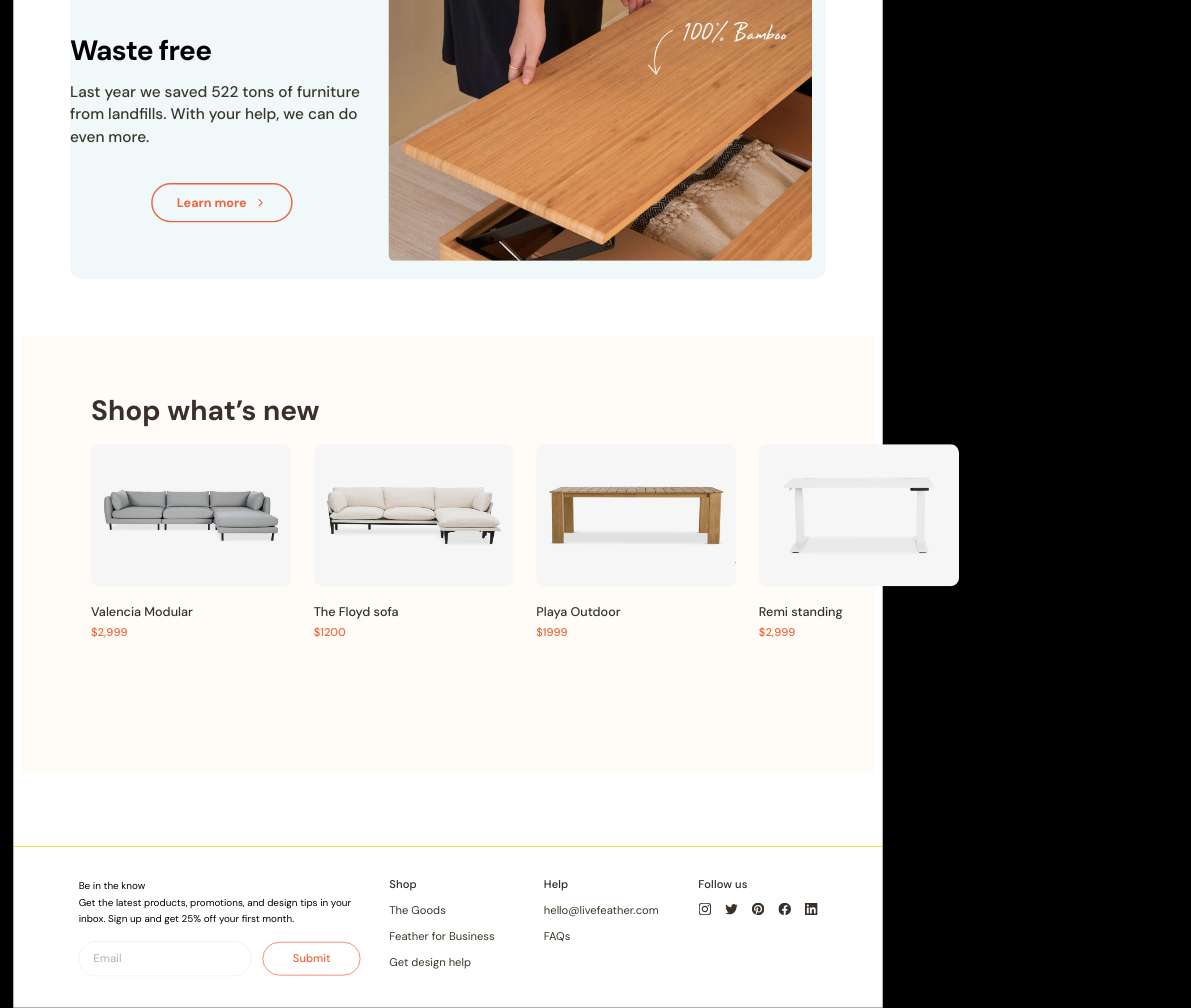
Repository: noman-source/Furniture-website
Page: index.html
These files come from the project's save history. The page is drawn as it stood at one moment and after the next save; the edit follows.
The browser window is 1280 px wide. The page is 1702 px wide, so the pictures cover 1702 px, including what lies to the right of the window. The pictures show the part of the page from y = 2871 to 4311 px (the page is 4311 px tall), at 70% of full size.

Above is the page before, as saved 2025-07-04 13:17:19.

### index.html
<!DOCTYPE html>
<html lang="en">

<head>
    <meta charset="UTF-8">
    <meta name="viewport" content="width=device-width, initial-scale=1.0">
    <title>Document</title>
    <link rel="stylesheet" href="style.css">
</head>

<body>
    <header>
        <div class="navbar">
            <div class="nav-left">
                <ul>
                    <li>Cards</li>
                    <li>About</li>
                    <li>App</li>
                </ul>
            </div>
            <div class="nav-center">
                <ul>
                    <li><img src="asserts/svg/navbar-logo.svg" alt=""></li>
                    <li>Halal_Lab</li>
                </ul>
            </div>
            <div class="nav-right"><button><img src="asserts/svg/search.svg" alt="">Check delivery area</button></div>
        </div>
    </header>
    <main>
        <div class="section1">
            <div class="section1-left">
                <div class="section1-text">
                    <h2>An innovative way to make furniture lighter</h2>
                    <h4>Discover hassle-free delivery, free assembly and the flexibility to rent, rent-to-own or buy.
                    </h4>
                    <div class="section1-butt"><button>
                            <p>Start shopping</p><img src="asserts/svg/arrow.svg" alt="">
                        </button></div>
                </div>
            </div>
            <div class="section1-right">
                <img src="asserts/image/img 1.jpg" alt="">
            </div>
        </div>
        <div class="section2">
            <ul>
                <li><img src="asserts/svg/checkmark-circle-01.svg" alt="">Fast, free delivery & assembly</li>
                <li><img src="asserts/svg/checkmark-circle-01.svg" alt="">Convenient rent or buy options</li>
                <li><img src="asserts/svg/checkmark-circle-01.svg" alt="">Low upfront costs for all rentals</li>
                <li><img src="asserts/svg/checkmark-circle-01.svg" alt="">Flexibility to buy out rental items later</li>
            </ul>
        </div>
        <div class="section3">
            <p>About our product</p>
            <div class="section3-content">
                <div class="box box1">
                    <div class="circle"><img src="asserts/svg/upload-03.svg" alt=""></div>
                    <p>We provide a high quality rental at an affordable price</p>
                </div>
                <div class="box box2">
                    <div class="circle"><img src="asserts/svg/drawing-mode.svg" alt=""></div>
                    <p>Feather has made furniture rentals
                        cool again.</p>
                </div>
                <div class="box box3">
                    <div class="circle"><img src="asserts/svg/cabinet-01.svg" alt=""></div>
                    <p>Ease the pain of moving from
                        apartment to apartment.</p>
                </div>

            </div>
        </div>
        <div class="section4">
            <p>Browse by room</p>
            <div class="section4-content">
                <div class="box box1"><img src="asserts/image/img 2.png" alt="">
                    <p>Office <img src="asserts/svg/Vector.svg" alt=""></p>
                </div>
                <div class="box box2"><img src="asserts/image/img 3.png" alt="">
                    <p>Bedroom <img src="asserts/svg/Vector.svg" alt=""></p>
                </div>
                <div class="box box3"><img src="asserts/image/img 4.png" alt="">
                    <p>Living room <img src="asserts/svg/Vector.svg" alt=""></p>
                </div>
                <div class="box box4"><img src="asserts/image/img 5.png" alt="">
                    <p>Dining room <img src="asserts/svg/Vector.svg" alt=""></p>
                </div>
            </div>
        </div>
        <div class="section5">
            <div class="section5-top">
                <div class="left">
                    <div class="text">
                        <h3>Hassle free</h3>
                        <p>High quality but affordable rental designs.</p>
                    </div>
                    <div class="button"><button>Learn more <img src="asserts/svg/arrow-down-01.svg" alt=""></button>
                    </div>
                </div>
                <div class="right"><img src="asserts/image/img 6.png" alt=""></div>
            </div>
            <div class="section5-middle">
                <div class="right"><img src="asserts/image/img 7.png" alt=""></div>
                <div class="left">
                    <div class="text">
                        <h3>Risk free</h3>
                        <p>Furniture three ways. Rent, rent-to-own, or buy. Your furniture is as flexible as you need it
                            to be.</p>
                    </div>
                    <div class="button"><button>Learn more <img src="asserts/svg/arrow-down-01.svg" alt=""></button>
                    </div>
                </div>
            </div>
            <div class="section5-end">
                <div class="left">
                    <div class="text">
                        <h3>Waste free</h3>
                        <p>Last year we saved 522 tons of furniture from landfills. With your help, we can do even more.
                        </p>
                    </div>
                    <div class="button"><button>Learn more <img src="asserts/svg/arrow-down-01.svg" alt=""></button>
                    </div>
                </div>
                <div class="right"><img src="asserts/image/img 8.png" alt=""></div>
            </div>
        </div>
        <div class="section6">
            <div class="section6-content">
                <h3>Shop what’s new</h3>
                <div class="boxes">
                    <div class="box">
                        <div class="box-top"><img src="asserts/image/img 9.png" alt=""></div>
                        <div class="box-bottom">
                            <h4>Valencia Modular </h4>
                            <p>$2,999</p>
                        </div>
                    </div>
                    <div class="box">
                        <div class="box-top"><img src="asserts/image/img 10.png" alt=""></div>
                        <div class="box-bottom">
                            <h4>The Floyd sofa</h4>
                            <p>$1200</p>
                        </div>
                    </div>
                    <div class="box">
                        <div class="box-top"><img src="asserts/image/img 11.png" alt=""></div>
                        <div class="box-bottom">
                            <h4>Playa Outdoor</h4>
                            <p>$1999</p>
                        </div>
                    </div>
                    <div class="box">
                        <div class="box-top"><img src="asserts/image/img 12.png" alt=""></div>
                        <div class="box-bottom">
                            <h4>Remi standing</h4>
                            <p>$2,999</p>
                        </div>
                    </div>
                </div>
            </div>
        </div>
    </main>

    <footer>
        <div class="boxes">
            <div class="box box1">
                <div class="box1-top">
                    <p>Be in the know<br>
                        Get the latest products, promotions, and design tips in your inbox. Sign up and get 25% off your
                        first month.</p>
                </div>
                <div class="box1-bottom"><input type="email"placeholder="Email"><button>Submit</button></div>
            </div>
            <div class="box box2"><ul>
                <li>Shop</li>
                <li>The Goods</li>
                <li>Feather for Business</li>
                <li>Get design help</li>
            </ul></div>
            <div class="box box3"><ul>
                <li>Help</li>
                <li>hello@livefeather.com</li>
                <li>FAQs</li>
            </ul></div>
            <div class="box box4"><ul>
                <li>Follow us</li>
                <li><img src="asserts/svg/Instagram.svg" alt=""><img src="asserts/svg/Twitter.svg" alt=""><img src="asserts/svg/pinterest.svg" alt=""><img src="asserts/svg/Facebook.svg" alt=""><img src="asserts/svg/linkdin.svg" alt=""></li>
            </ul></div>
        </div>
    </footer>

</body>

</html>

### style.css
@import url('https://fonts.googleapis.com/css2?family=DM+Sans:ital,opsz,wght@0,9..40,100..1000;1,9..40,100..1000&display=swap');
@import url('https://fonts.googleapis.com/css2?family=DM+Sans:ital,opsz,wght@0,9..40,100..1000;1,9..40,100..1000&display=swap');
@import url('https://fonts.googleapis.com/css2?family=DM+Sans:ital,opsz,wght@0,9..40,100..1000;1,9..40,100..1000&display=swap');

body {
    font-family: "DM Sans", sans-serif;
    background-color: black;
}

.website {
    background-color: white;
}

* {
    margin: 0;
    padding: 0;
}

header .navbar {
    width: 97%;
    margin: auto;
    height: 72px;
    display: flex;
    justify-content: space-around;
    align-items: center;
    background-color: rgb(246, 244, 244);
    gap: 13%;
    border-bottom: 1px solid #E4E4E4;
}

header .navbar .nav-left {
    font-size: 16px;
    font-weight: 500;
    line-height: 24px;
    letter-spacing: -1%;
}

header .navbar .nav-left ul {
    display: flex;
    justify-content: center;
    align-items: center;
    gap: 50px;
}

header .navbar .nav-left ul li {
    list-style-type: none;
}

header .navbar .nav-center ul {
    display: flex;
    justify-content: center;
    align-items: center;
    gap: 10px;
    font-family: "Ramabhadra", sans-serif;
}

header .navbar .nav-center ul li {
    list-style-type: none;
    font-size: 18px;
    font-weight: 400;
    display: flex;
    justify-content: center;
    align-items: center;
}

header .navbar .nav-right button {
    width: 130%;
    height: 40px;
    background-color: #FD653E;
    border-radius: 32px;
    border: none;
    transform: translateX(-50px);
    display: flex;
    justify-content: center;
    align-items: center;
    gap: 15px;
    font-size: 16px;
    font-weight: 700;
    color: white;
}

main .section1 {
    width: 97%;
    margin: auto;
    height: 588px;
    background-color: #FFF3EF;
    display: flex;
    justify-content: space-around;
    align-items: center;
}

main .section1 .section1-right {
    width: 50%;
    display: flex;
    justify-content: center;
    align-items: center;
}

main .section1 .section1-left {
    width: 50%;
}

main .section1 .section1-left .section1-text {
    width: 70%;
    margin: auto;
    height: 250px;
    display: flex;
    flex-direction: column;
    gap: 20px;
}

main .section1 .section1-left .section1-text h2 {
    font-size: 48px;
    font-weight: 700;
}

main .section1 .section1-left .section1-text p {
    font-size: 18px;
    font-weight: 400;
    color: #39382A;
}

main .section1 .section1-left .section1-text button {
    width: 235px;
    height: 56px;
    display: flex;
    justify-content: center;
    align-items: center;
    gap: 10px;
    border-radius: 32px;
    border: transparent;
    background-color: #ED653B;
}

main .section1 .section1-left .section1-text button p {
    color: white;
    font-size: 20px;
    font-weight: 700;
    font-family: "DM Sans", sans-serif;
}

main .section1 .section1-right img {
    width: 645px;
    border-radius: 12px;
}

.section2 {
    height: 74px;
    width: 97%;
    margin: auto;
    background-color: #ECF4E9;
}

.section2 ul {
    height: 74px;
    display: flex;
    justify-content: space-between;
    align-items: center;
}

.section2 ul li {
    font-family: "DM Sans", sans-serif;
    list-style-type: none;
    display: flex;
    justify-content: center;
    align-items: center;
    gap: 5px;
    font-size: 18px;
    font-weight: 400;
}

.section3 {
    width: 97%;
    margin: auto;
    height: 516px;
    background-color: white;
}

.section3>p {
    font-size: 40px;
    font-weight: 700;
    height: 170px;
    display: flex;
    color: #39302A;
    justify-content: center;
    align-items: center;
}

.section3-content {
    display: flex;
    justify-content: center;
    align-items: center;
    gap: 32px;
}

.section3-content .box {
    width: 392px;
    border-radius: 12px;
    height: 244px;
    display: flex;
    align-items: center;
    justify-content: center;
    flex-direction: column;
    gap: 50px;
    box-shadow: 12px 16px 50px 0px #9A9A9A1F;
}

.section3-content .box .circle {
    width: 50px;
    height: 50px;
    transform: translateY(30px);
    gap: 10px;
    border-radius: 99px;
    /* Corrected to 99px based on later image */
    padding: 16px;
    /* Corrected to 16px based on later image */
    background-color: #E3E3E373;
    /* Corrected to #E3E3E3 based on later image */
}

.section3-content .box p {
    width: 373px;
    margin: auto;
    display: flex;
    font-family: DM Sans;
    font-weight: 500;
    font-size: 22px;
    line-height: 32px;
    text-align: center;
    /* letter-spacing: 0%; */
    /* vertical-align: middle; */
}

.section4 {
    width: 97%;
    margin: auto;
    height: 551px;
    background-color: white;
}

.section4>p {
    font-weight: 700;
    font-size: 40px;
    line-height: 56px;
    letter-spacing: -0.96px;
    padding-top: 50px;
    padding-left: 100px;
    /* Added based on later image */
}

.section4 .section4-content {
    height: 287px;
    display: flex;
    justify-content: flex-start;
    padding-left: 100px;
    padding-top: 50px;
    gap: 32px;
}

.section4 .section4-content .box {
    height: 287px;
    display: flex;
    flex-direction: column;
    gap: 20px;
}

.section4 .section4-content .box img {
    height: 239px;
    width: 285px;
    border-radius: 12px;
}

.section4 .section4-content .box p {
    font-family: DM Sans;
    font-weight: 500;
    font-size: 22px;
    line-height: 32px;
    display: flex;
    gap: 16px;
    /* Corrected to 16px based on later image */
    justify-content: flex-start;
    align-items: center;
    /* Added based on later image */
    color: #39382A;
    /* Added based on later image */
}

.section5 {
    height: 1548px;
    background-color: white;
    width: 97%;
    margin: auto;
    display: flex;
    justify-content: center;
    align-items: center;
    flex-direction: column;
    gap: 40px;
}

.section5>.section5-top,
.section5-middle,
.section5-end {
    height: 436px;
    width: 87%;
    border-radius: 16px;
    /* border: 2px solid #E4E4E4; */
    /* margin: auto; */
}

.section5 .section5-top {
    background-color: #F0F8Fa;
    display: flex;
    justify-content: space-around;
    align-items: center;
}

.section5 .section5-middle {
    background-color: #FEF3EE;
    display: flex;
    justify-content: space-around;
    align-items: center;
}

.section5 .section5-end {
    background-color: #F0F8FA;
    display: flex;
    justify-content: space-around;
    align-items: center;
}

.section5 .right img {
    width: 605px;
    height: 388px;
    border-radius: 8px;
}

.section5 .left {
    width: 50%;
    display: flex;
    flex-direction: column;
    justify-content: center;
    align-items: center;
    gap: 50px;
}

.section5 .left .text {
    display: flex;
    flex-direction: column;
    gap: 16px;
}

.section5 .left .button {
    display: flex;
    justify-content: flex-start;
}

.section5 .left .text button {
    width: 400px;
}

.section5 .right {
    padding: 20px;
}

.section5 h3 {
    font-weight: 700;
    font-size: 40px;
    line-height: 56px;
    letter-spacing:-0.96px;
}

.section5 p {
    font-family: DM Sans;
    font-weight: 500;
    font-size: 22px;
    line-height: 32px;
    letter-spacing: 0%;
    /* Added based on later image */
    vertical-align: middle;
    /* Added based on later image */
    color: #39382A;
    /* Added based on later image */
}

.section5 .left button {
    width: 202px;
    height: 56px;
    gap: 10px;
    border-width: 1px;
    padding-top: 16px;
    padding-right: 32px;
    padding-bottom: 16px;
    padding-left: 32px;
    border-radius: 32px;
    background-color: transparent;
    border: 2px solid #ED653B;
    color: #ED653B;
    display: flex;
    justify-content: center;
    align-items: center;
    font-family: DM Sans;
    font-weight: 700;
    font-size: 18px;
}

.section6 {
    background-color: white;
    height: 730px;
    width: 97%;
    margin: auto;
}

.section6 img {
    width: 286px;
    height: 203px;
    border-radius: 12px;
}

.section6 .section6-content {
    height: 548px;
    background-color: #FFFCF8;
    width: 90.2%;
    margin: auto;
    padding-left: 100px;
    padding-top: 80px;
    display: flex;
    flex-direction: column;
    gap: 20px;
}

.section6-content .boxes {
    display: flex;
    gap: 32px;
}

.section6-content .boxes .box {
    display: flex;
    flex-direction: column;
    gap: 19px;
}

.section6 h3 {
    /* font-family: Circular Std; */
    font-weight: 700;
    font-size: 40px;
    line-height: 56px;
    letter-spacing: 0px;
    vertical-align: middle;
    color: #39302A;
}

.section6-content .box-bottom {
    display: flex;
    flex-direction: column;
    gap: 4px;
}

.section6-content .box-bottom h4 {
    font-family: DM Sans;
    font-weight: 500;
    font-size: 18px;
    line-height: 26px;
    letter-spacing: 0%;
    vertical-align: middle;
    color: #39302A;
}

.section6-content .box-bottom p {
    font-family: DM Sans;
    font-weight: 500;
    font-size: 16px;
    line-height: 24px;
    letter-spacing: -1%;
    vertical-align: middle;
    color: #ED653B;
}

footer {
    border-top: 1px solid #DCD805;
    width: 97%;
    background-color: white;
    height: 230px;
    margin: auto;
    display: flex;
    justify-content: center;
    align-items: center;
    /* transform: translateY(130px); */
}

footer .boxes {
    display: grid;
    grid-template-columns: 403px 180px 180px 170px;
    width: 85%;
    margin: auto;
    /* background-color: #39382A; */
    height: 144px;
    justify-content: space-between;
}

footer .boxes .box1 {
    display: flex;
    flex-direction: column;
    gap: 20px;
}

footer .boxes .box1-top {
    font-family: DM Sans;
    font-weight: 700;
    font-size: 34px;
}

footer .boxes .box1 .box1-top {
    font-weight: 400;
    font-size: 14.13px;
    line-height: 24px;
    letter-spacing: 0%;
    vertical-align: middle;
}

footer .boxes .box1 .box1-bottom {
    display: flex;
    gap: 16px;
    justify-content: center;
    align-items: center;
}

footer .boxes .box1 .box1-bottom input {
    width: 245px;
    height: 48px;
    border: 1px solid #EDEDED;
    border-radius: 32px;
    outline: none;
}

footer .boxes .box1 .box1-bottom input::placeholder {
    transform: translateX(20px);
    font-family: DM Sans;
    font-weight: 500;
    font-size: 16px;
    line-height: 24px;
    letter-spacing: 1%;
    vertical-align: middle;
    color: #BABABA;
}

footer .boxes .box1 .box1-bottom button {
    width: 140px;
    height: 48px;
    border-width: 1px;
    border-radius: 48px;
    border: 1px solid #ED653B;
    background-color: transparent;
    font-family: DM Sans;
    font-weight: 500;
    font-size: 16px;
    line-height: 24px;
    letter-spacing: 1%;
    vertical-align: middle;
    color: #ED653B;
}

footer .boxes ul li:first-child {
    font-weight: 500;
    font-size: 16px;
    letter-spacing: 0.16px;
    color: #2A2A2D;
}

footer .boxes ul {
    display: flex;
    flex-direction: column;
    gap: 16px;
}

footer .boxes ul li {
    list-style-type: none;
    font-family: DM Sans;
    font-weight: 400;
    /* Added based on latest image */
    font-size: 16px;
    /* Added based on latest image */
    color: #39382A;
    /* Added based on latest image */
}

footer .boxes .box4 li:last-of-type {
    display: flex;
    justify-content: space-between;
    align-items: center;
}

After the next save:
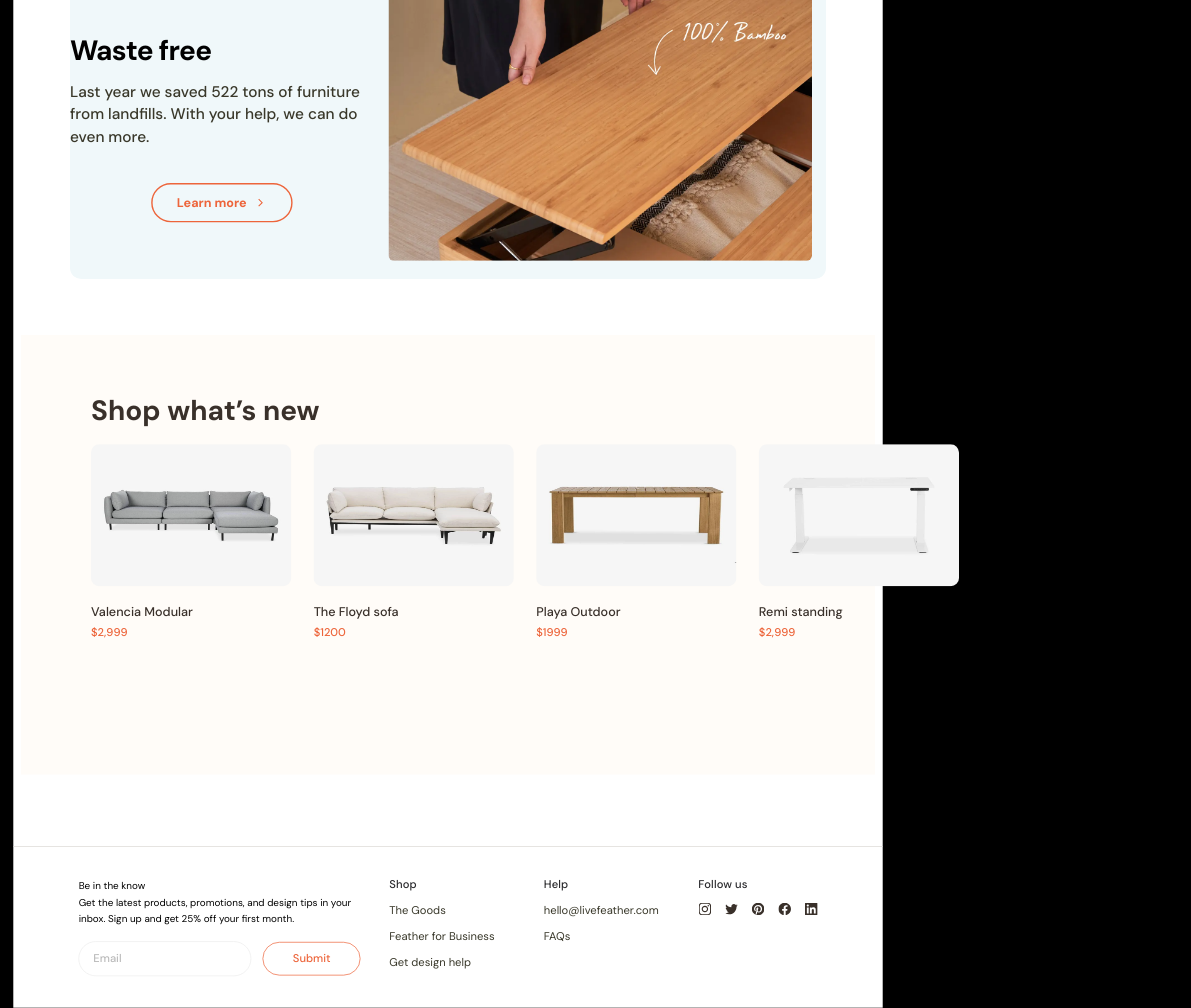
Saved 10 s later.
--- a/style.css
+++ b/style.css
@@ -476,7 +476,7 @@
 }
 
 footer {
-    border-top: 1px solid #DCD805;
+    border-top: 1px solid #DCD8D5;
     width: 97%;
     background-color: white;
     height: 230px;
